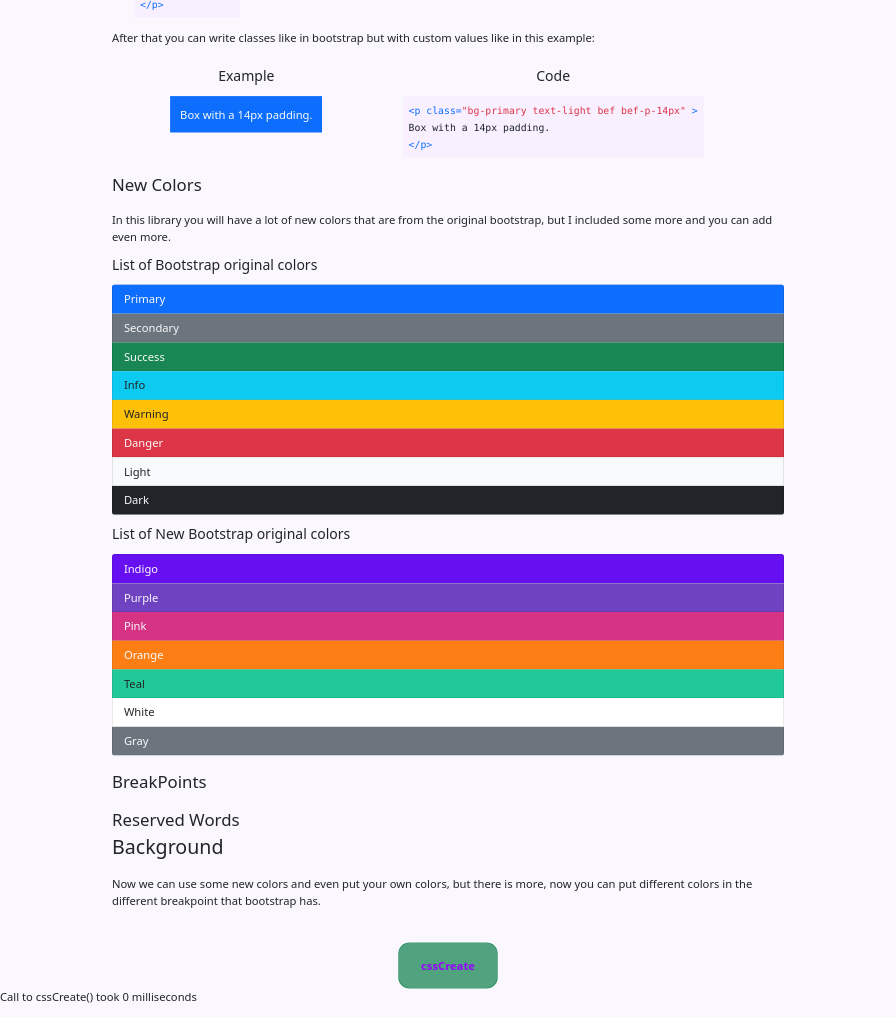
Repository: LynxPardelle/bootstrap-expanded-features
Page: index.html
An editor plug-in stored every save of this project. The page is shown before and after the next save, followed by the edit.
The browser window is 1280 px wide. The pictures show the part of the page from y = 1825 to 3745 px (the page is 3278 px tall before and 3745 px after), at 70% of full size.

Above is the page before, as saved 2022-01-02 06:05:11.

### index.html
<!DOCTYPE html>
<html lang="es">
  <head>
    <meta charset="UTF-8" />
    <meta http-equiv="X-UA-Compatible" content="IE=edge" />
    <meta name="viewport" content="width=device-width, initial-scale=1.0" />
    <title>Bootstrap Expanded Features</title>
    <link
      href="https://cdn.jsdelivr.net/npm/bootstrap@5.1.3/dist/css/bootstrap.min.css"
      rel="stylesheet"
      integrity="sha384-1BmE4kWBq78iYhFldvKuhfTAU6auU8tT94WrHftjDbrCEXSU1oBoqyl2QvZ6jIW3"
      crossorigin="anonymous"
    />
    <link rel="stylesheet" href="./style.css" />
  </head>
  <body class="bef bef-bg-futurePop__OPA__0_03">
    <header>
      <nav
        class="
          navbar navbar-expand-lg navbar-dark
          bg-dark
          align-items-center
          bef
          bef-boxShadow-0px__2px__4px__lavender
          position-fixed
          top-0
          w-100
        "
      >
        <div class="container-fluid">
          <a
            class="
              navbar-brand
              bef bef-text-futurePop
              fw-bolder
              bef-textShadow-0px__0px__8px__futurePop
            "
            href="#"
            >Bootstrap Expanded Features</a
          >
          <button
            class="navbar-toggler"
            type="button"
            data-bs-toggle="collapse"
            data-bs-target="#navbarSupportedContent"
            aria-controls="navbarSupportedContent"
            aria-expanded="false"
            aria-label="Toggle navigation"
          >
            <span class="navbar-toggler-icon"></span>
          </button>
          <div class="collapse navbar-collapse" id="navbarSupportedContent">
            <ul class="navbar-nav me-auto mb-lg-0">
              <li class="nav-item">
                <a class="nav-link bef bef-text-lavender" href="#about"
                  >About</a
                >
              </li>
              <li class="nav-item">
                <a
                  class="nav-link bef bef-text-lavender"
                  href="#getting_started"
                  >Getting Started</a
                >
              </li>
              <li class="nav-item dropdown">
                <a
                  class="nav-link bef bef-text-lavender dropdown-toggle"
                  href="#howToUse"
                  id="navbarDropdown"
                  role="button"
                  data-bs-toggle="dropdown"
                  aria-expanded="false"
                >
                  How To Use
                </a>
                <ul
                  class="dropdown-menu dropdown-menu-dark"
                  aria-labelledby="navbarDropdown"
                >
                  <li>
                    <a class="dropdown-item bef bef-text-lavender" href="#"
                      >Action</a
                    >
                  </li>
                  <li>
                    <a class="dropdown-item bef bef-text-lavender" href="#"
                      >Another action</a
                    >
                  </li>
                  <li><hr class="dropdown-divider" /></li>
                  <li>
                    <a class="dropdown-item bef bef-text-lavender" href="#"
                      >Something else here</a
                    >
                  </li>
                </ul>
              </li>
              <li class="nav-item">
                <a class="nav-link bef bef-text-lavender" href="#Info">Info</a>
              </li>
            </ul>
            <form class="d-flex">
              <input
                id="searchInput"
                class="form-control me-2"
                type="search"
                placeholder="Search"
                aria-label="Search"
              />
              <button class="btn bef bef-btnOutline-lavender">Search</button>
            </form>
          </div>
        </div>
      </nav>

      <h1
        class="
          text-center
          d-block
          bef bef-w-85vw bef-w-md-75vw bef-fs-2rem bef-fs-md-3rem
          bef-m-7rem__auto__5rem
          bef-text-summer
          fw-bolder
        "
      >
        Bootstrap Expanded Features
      </h1>
    </header>

    <div>
      <main class="bef bef-w-85vw bef-wmx-1000px bef-w-md-75vw mx-auto">
        <!-- ABOUT -->
        <section>
          <a id="about"></a>
          <h2>About 🧐</h2>
          <article>
            <p class="mt-4 mb-3 text-start">
              Too many new features for bootstrap made with javascript for
              better performance and more options without a large css file.
            </p>
          </article>
          <!-- THE_PROBLEM -->
          <article>
            <h3>The problem 😭</h3>
            <p class="my-3 text-start">
              Bootstrap doesn't support options of they classes like w-33 to
              have width: 33%; on an element or things more especific like
              h-20vh to have an element with: height 20vh;, that can be more
              efficient and responsive and whenever we need those, we need to
              get it though a css style sheet and thats not the main point of
              using Bootstrap.
            </p>
            <p class="mt-3 mb-5 text-start">
              First I tried to make a library for sass to get to many more
              options for the classes but there was one problem, it was an 50mb
              size file after beeing compiled, and we know that 50mb its a large
              file to be downloaded only to use a few classes that are on the
              file, but then I get one idea that can let anybody to get all the
              css that they want without having all the options that they dont
              use and having the option to create more colors that can be used
              with bg-newcolorname to get background-color: newcolor; and many
              more options.
            </p>
          </article>
          <!-- THE_SOLUTION -->
          <article>
            <h3>The solution 😎</h3>
            <p class="mt-4 mb-5 text-start">
              We can now use this js library that creates all the css with the
              classes that are like in bootstrap just in the load of your pages,
              that mean that your users will only need to download the js and
              not a css file of 50mb+ and speed up you charge with a simple task
              that only consumes a few memory of the ram of the user.
            </p>
          </article>
        </section>
        <!-- GETTING_STARTED -->
        <section>
          <a id="getting_started"></a>
          <h2>Getting Started 🏁</h2>
          <article>
            <p class="mt-4 mb-3 text-start bef bef-link-futurePop">
              You can download this repo
              <a
                class="text-decoration-none"
                href="https://github.com/LynxPardelle/bootstrap-expanded-features.git"
                target="_blank"
                >here</a
              >
              and putting the bootstrap-expanded-feature.js on your site.
            </p>
            <p class="mt-3 mb-5 text-start bef bef-link-futurePop">
              And soon you will be able to use a CDN (in proccess).
            </p>
          </article>
        </section>
        <!-- HOW_TO_USE -->
        <section>
          <a id="howToUse"></a>
          <h2>How To Use ✏️</h2>
          <article class="my-3">
            <h3>Glosary</h3>
            <ul class="nav flex-column bef bef-link-futurePop">
              <li class="nav-item">
                <a class="nav-link" href="#basicHTU">Basics</a>
                <ul class="nav ms-4 flex-column bef bef-link-futurePop">
                  <li class="nav-item">
                    <a class="nav-link" href="#newColorsBasicHTU">New Colors</a>
                  </li>
                  <li class="nav-item">
                    <a class="nav-link" href="#bpsBasicHTU">BreakPoints</a>
                  </li>
                  <li class="nav-item">
                    <a class="nav-link" href="#reswordsBasicHTU"
                      >Reserved Words</a
                    >
                  </li>
                </ul>
              </li>
              <li class="nav-item">
                <a class="nav-link" href="#backgroundHTU">Background</a>
              </li>
              <li class="nav-item">
                <a class="nav-link" href="#borderHTU">Border</a>
              </li>
              <li class="nav-item">
                <a class="nav-link" href="#buttonsHTU">Buttons</a>
              </li>
              <li class="nav-item">
                <a class="nav-link" href="#opacityHTU">Opacity</a>
              </li>
              <li class="nav-item">
                <a class="nav-link" href="#positionHTU">Position</a>
              </li>
              <li class="nav-item">
                <a class="nav-link" href="#shadowsHTU">Shadows</a>
              </li>
              <li class="nav-item">
                <a class="nav-link" href="#sizingHTU">Sizing</a>
              </li>
              <li class="nav-item">
                <a class="nav-link" href="#textHTU">Text</a>
              </li>
              <li class="nav-item">
                <a class="nav-link" href="#zIndexHTU">Z-index</a>
              </li>
            </ul>
          </article>
          <!-- BASICHTU -->
          <article>
            <a id="basicHTU"></a>
            <h3>Basic</h3>
            <p class="mt-4 mb-3 text-start bef bef-link-futurePop">
              To start using this library, you only need to use some classes
              that seems to much alike the bootstrap classes, but the key to use
              this tool is to use the bef class like in this example:
            </p>
            <p
              class="
                d-inline-block
                p-2
                bef
                bef-m-0rem__2rem
                bef-bg-futurePop__OPA__0_03
              "
            >
              <code class="text-dark">
                <span class="text-primary">
                  &#60;p class=<span class="text-danger">"bef"</span> &#62;
                </span>
                <br />
                <span> Some text. </span>
                <br />
                <span class="text-primary"> &#60;&#47;p&#62; </span>
              </code>
            </p>
            <p class="mt-3 mb-3 text-start bef bef-link-futurePop">
              After that you can write classes like in bootstrap but with custom
              values like in this example:
            </p>
            <div class="d-flex justify-content-evenly">
              <div>
                <h5 class="text-center my-3">Example</h5>
                <p class="bg-primary text-light bef bef-p-14px">
                  Box with a 14px padding.
                </p>
              </div>
              <div>
                <h5 class="text-center my-3">Code</h5>
                <p
                  class="
                    d-inline-block
                    p-2
                    bef
                    bef-m-0rem__2rem
                    bef-bg-futurePop__OPA__0_03
                  "
                >
                  <code class="text-dark">
                    <span class="text-primary">
                      &#60;p class=<span class="text-danger"
                        >"bg-primary text-light bef bef-p-14px"</span
                      >
                      &#62;
                    </span>
                    <br />
                    <span> Box with a 14px padding. </span>
                    <br />
                    <span class="text-primary"> &#60;&#47;p&#62; </span>
                  </code>
                </p>
              </div>
            </div>
            <!-- NEWCOLORSBASICHTU -->
            <a id="newColorsBasicHTU"></a>
            <h4 class="mt-4">New Colors</h4>
            <p class="mt-4 mb-3 text-start bef bef-link-futurePop">
              In this library you will have a lot of new colors that are from
              the original bootstrap, but I included some more and you can add
              even more.
            </p>
            <h5 class="my-3">List of Bootstrap original colors</h5>
            <ul class="list-group">
              <li class="list-group-item text-light bg-primary">Primary</li>
              <li class="list-group-item text-light bg-secondary">Secondary</li>
              <li class="list-group-item text-light bg-success">Success</li>
              <li class="list-group-item text-dark bg-info">Info</li>
              <li class="list-group-item text-dark bg-warning">Warning</li>
              <li class="list-group-item text-light bg-danger">Danger</li>
              <li class="list-group-item text-dark bg-light">Light</li>
              <li class="list-group-item text-light bg-dark">Dark</li>
            </ul>
            <h5 class="my-3">List of New Bootstrap original colors</h5>
            <ul class="list-group">
              <li class="list-group-item text-light bef bef-bg-indigo">Indigo</li>
              <li class="list-group-item text-light bef bef-bg-purple">Purple</li>
              <li class="list-group-item text-light bef bef-bg-pink">Pink</li>
              <li class="list-group-item text-light bef bef-bg-orange">Orange</li>
              <li class="list-group-item text-dark bef bef-bg-teal">Teal</li>
              <li class="list-group-item text-dark bef bef-bg-white">White</li>
              <li class="list-group-item text-light bef bef-bg-gray">Gray</li>
            </ul>
            <!-- BREAKPOINTSBASICHTU -->
            <a id="bpsBasicHTU"></a>
            <h4 class="mt-4">BreakPoints</h4>
            <!-- RESERVEDWORDSBASICHTU -->
            <a id="reswordsBasicHTU"></a>
            <h4 class="mt-4">Reserved Words</h4>
          </article>
          <article>
            <a id="backgroundHTU"></a>
            <h3>Background</h3>
            <p class="mt-4 mb-5 text-start bef bef-link-futurePop">
              Now we can use some new colors and even put your own colors, but
              there is more, now you can put different colors in the different
              breakpoint that bootstrap has.
            </p>
          </article>
        </section>
      </main>
      <aside></aside>
    </div>

    <footer>
      <a id="#info"></a>
      <button
        class="
          btn
          bef
          bef-btn-success__OPA__0_75
          bef-text-futurePop
          fw-bold
          d-block
          mx-auto
          bef-p-1_25rem__2rem
          bef-rounded-1rem
        "
        onclick="cssCreate()"
      >
        cssCreate
      </button>

      <div id="befTimer"></div>
    </footer>

    <!-- TABS
      <nav>
              <div class="nav nav-tabs" id="nav-tab" role="tablist">
                <button
                  class="
                    nav-link
                    active
                    bef bef-text-futurePop bef-textHover-lavender
                    bef-bg-futurePop__OPA__0_03
                  "
                  id="nav-background-tab"
                  data-bs-toggle="tab"
                  data-bs-target="#nav-background"
                  type="button"
                  role="tab"
                  aria-controls="nav-background"
                  aria-selected="false"
                >
                  Background
                </button>
                <button
                  class="
                    nav-link
                    bef bef-text-dark bef-textHover-lavender
                    bef-bg-futurePop__OPA__0
                  "
                  id="nav-border-tab"
                  data-bs-toggle="tab"
                  data-bs-target="#nav-border"
                  type="button"
                  role="tab"
                  aria-controls="nav-border"
                  aria-selected="false"
                >
                  Border
                </button>
                <button
                  class="
                    nav-link
                    bef bef-text-dark bef-textHover-lavender
                    bef-bg-futurePop__OPA__0
                  "
                  id="nav-buttons-tab"
                  data-bs-toggle="tab"
                  data-bs-target="#nav-buttons"
                  type="button"
                  role="tab"
                  aria-controls="nav-buttons"
                  aria-selected="false"
                >
                  Buttons
                </button>
                <button
                  class="
                    nav-link
                    bef bef-text-dark bef-textHover-lavender
                    bef-bg-futurePop__OPA__0
                  "
                  id="nav-opacity-tab"
                  data-bs-toggle="tab"
                  data-bs-target="#nav-opacity"
                  type="button"
                  role="tab"
                  aria-controls="nav-opacity"
                  aria-selected="false"
                >
                  Opacity
                </button>
                <button
                  class="
                    nav-link
                    bef bef-text-dark bef-textHover-lavender
                    bef-bg-futurePop__OPA__0
                  "
                  id="nav-position-tab"
                  data-bs-toggle="tab"
                  data-bs-target="#nav-position"
                  type="button"
                  role="tab"
                  aria-controls="nav-position"
                  aria-selected="false"
                >
                  Position
                </button>
                <button
                  class="
                    nav-link
                    bef bef-text-dark bef-textHover-lavender
                    bef-bg-futurePop__OPA__0
                  "
                  id="nav-shadows-tab"
                  data-bs-toggle="tab"
                  data-bs-target="#nav-shadows"
                  type="button"
                  role="tab"
                  aria-controls="nav-shadows"
                  aria-selected="false"
                >
                  Shadows
                </button>
                <button
                  class="
                    nav-link
                    bef bef-text-dark bef-textHover-lavender
                    bef-bg-futurePop__OPA__0
                  "
                  id="nav-sizing-tab"
                  data-bs-toggle="tab"
                  data-bs-target="#nav-sizing"
                  type="button"
                  role="tab"
                  aria-controls="nav-sizing"
                  aria-selected="true"
                >
                  Sizing
                </button>
                <button
                  class="
                    nav-link
                    bef bef-text-dark bef-textHover-lavender
                    bef-bg-futurePop__OPA__0
                  "
                  id="nav-text-tab"
                  data-bs-toggle="tab"
                  data-bs-target="#nav-text"
                  type="button"
                  role="tab"
                  aria-controls="nav-text"
                  aria-selected="false"
                >
                  Text
                </button>
                <button
                  class="
                    nav-link
                    bef bef-text-dark bef-textHover-lavender
                    bef-bg-futurePop__OPA__0
                  "
                  id="nav-z-index-tab"
                  data-bs-toggle="tab"
                  data-bs-target="#nav-z-index"
                  type="button"
                  role="tab"
                  aria-controls="nav-z-index"
                  aria-selected="false"
                >
                  Z-index
                </button>
              </div>
            </nav>
            <div class="tab-content" id="nav-tabContent">
              <div
                class="tab-pane fade show active mt-3 mb-5"
                id="nav-background"
                role="tabpanel"
                aria-labelledby="nav-background-tab"
              >
                <h3 class="text-center">Background</h3>

                <p>
                  Now we can use some new colors and even put your own colors,
                  but there is more, now you can put diferent colors in the
                  diferent breakpoint that bootstrap has.
                </p>
              </div>
              <div
                class="tab-pane fade"
                id="nav-border"
                role="tabpanel"
                aria-labelledby="nav-border-tab"
              >
                Border
              </div>
              <div
                class="tab-pane fade"
                id="nav-buttons"
                role="tabpanel"
                aria-labelledby="nav-buttons-tab"
              >
                Buttons
              </div>
              <div
                class="tab-pane fade"
                id="nav-opacity"
                role="tabpanel"
                aria-labelledby="nav-opacity-tab"
              >
                Opacity
              </div>
              <div
                class="tab-pane fade"
                id="nav-position"
                role="tabpanel"
                aria-labelledby="nav-position-tab"
              >
                Position
              </div>
              <div
                class="tab-pane fade"
                id="nav-shadows"
                role="tabpanel"
                aria-labelledby="nav-shadows-tab"
              >
                Shadows
              </div>
              <div
                class="tab-pane fade"
                id="nav-sizing"
                role="tabpanel"
                aria-labelledby="nav-sizing-tab"
              >
                Sizing
              </div>
              <div
                class="tab-pane fade"
                id="nav-text"
                role="tabpanel"
                aria-labelledby="nav-text-tab"
              >
                Text
              </div>
              <div
                class="tab-pane fade"
                id="nav-z-index"
                role="tabpanel"
                aria-labelledby="nav-z-index-tab"
              >
                Z-Index
              </div>
            </div>
-->

    <!--
Classes:
w width
h height
wmx max-width
hmx max-height
wmn min-width
hmn min-height
rounded border-radius
z z-index
opacity opacity
top top
bottom bottom
end left
start right
fs font-size
lh line-height
gap gap
p padding
m margin
border border-width
borderStyle border-style

bg background-color
text color
link a color
borderColor border-color
btn background-color border-color box-shadow
btnOutline border-color box-shadow
boxShadow box-shadow
textShadow text-shadow

Sides:
s left
e right
t top
b bottom
x left & right
y top & bottom

BreakPoints:
sm 576
md 768
lg 992
xl 1200
xxl 1400
-->
    <script
      src="https://cdn.jsdelivr.net/npm/bootstrap@5.1.3/dist/js/bootstrap.bundle.min.js"
      integrity="sha384-ka7Sk0Gln4gmtz2MlQnikT1wXgYsOg+OMhuP+IlRH9sENBO0LRn5q+8nbTov4+1p"
      crossorigin="anonymous"
    ></script>
    <script>
      var colors = {
        monster: "#00AA00",
        futurePop: "#9700FF",
      };
    </script>
    <script src="./bootstrap-expanded-features.js"></script>
    <script src="./bef-example-page.js"></script>
  </body>
</html>

Loaded but not shown: bootstrap-expanded-features.js (library); bef-example-page.js (64 lines, source omitted); style.css (no stored copy; drawn as an empty file)

After the next save:
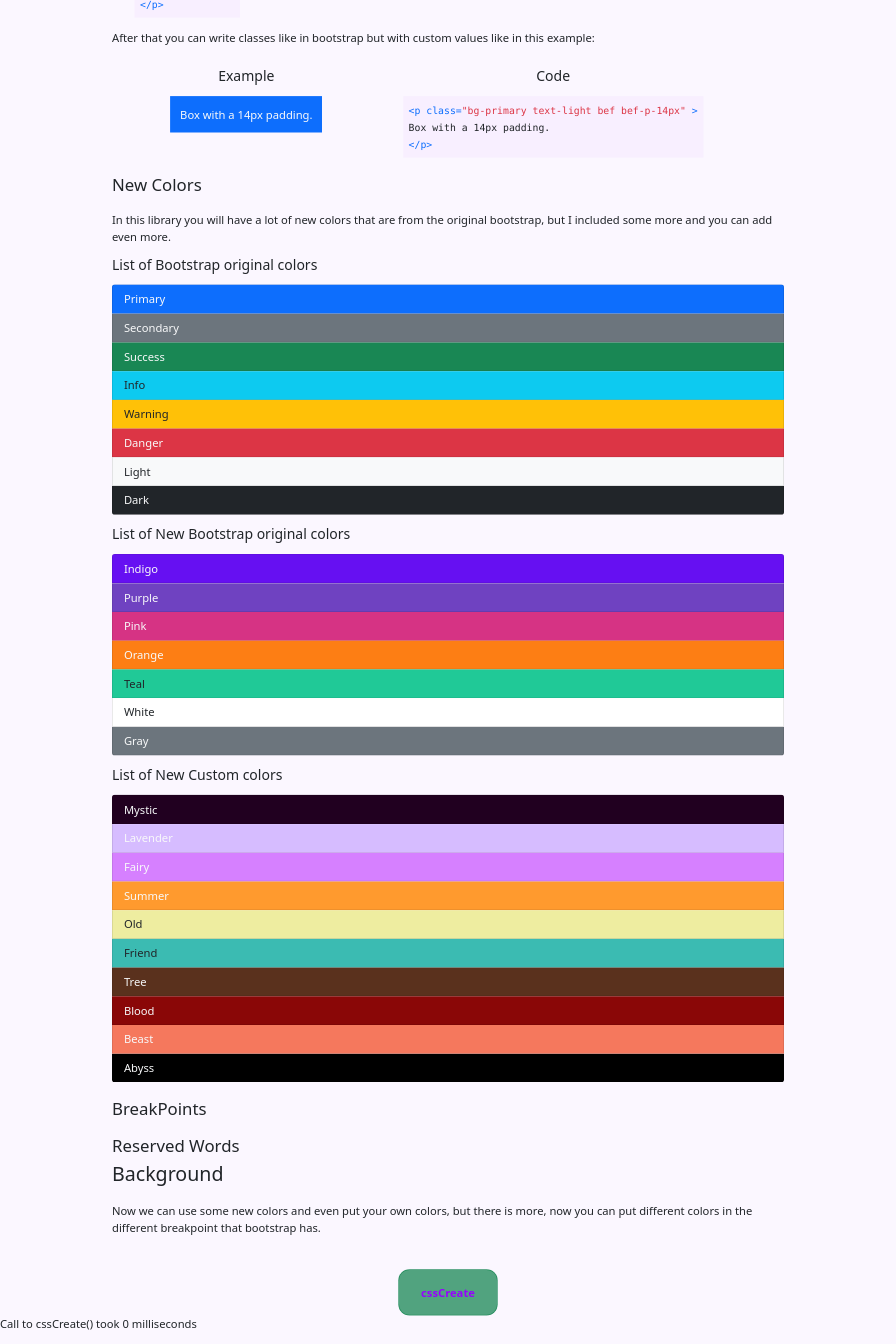
Saved 2 min 2 s later.
--- a/index.html
+++ b/index.html
@@ -341,6 +341,19 @@
               <li class="list-group-item text-dark bef bef-bg-white">White</li>
               <li class="list-group-item text-light bef bef-bg-gray">Gray</li>
             </ul>
+            <h5 class="my-3">List of New Custom colors</h5>
+            <ul class="list-group">
+              <li class="list-group-item text-light bef bef-bg-mystic">Mystic</li>
+              <li class="list-group-item text-light bef bef-bg-lavender">Lavender</li>
+              <li class="list-group-item text-light bef bef-bg-fairy">Fairy</li>
+              <li class="list-group-item text-light bef bef-bg-summer">Summer</li>
+              <li class="list-group-item text-dark bef bef-bg-old">Old</li>
+              <li class="list-group-item text-dark bef bef-bg-friend">Friend</li>
+              <li class="list-group-item text-light bef bef-bg-tree">Tree</li>
+              <li class="list-group-item text-light bef bef-bg-blood">Blood</li>
+              <li class="list-group-item text-light bef bef-bg-beast">Beast</li>
+              <li class="list-group-item text-light bef bef-bg-abyss">Abyss</li>
+            </ul>
             <!-- BREAKPOINTSBASICHTU -->
             <a id="bpsBasicHTU"></a>
             <h4 class="mt-4">BreakPoints</h4>
